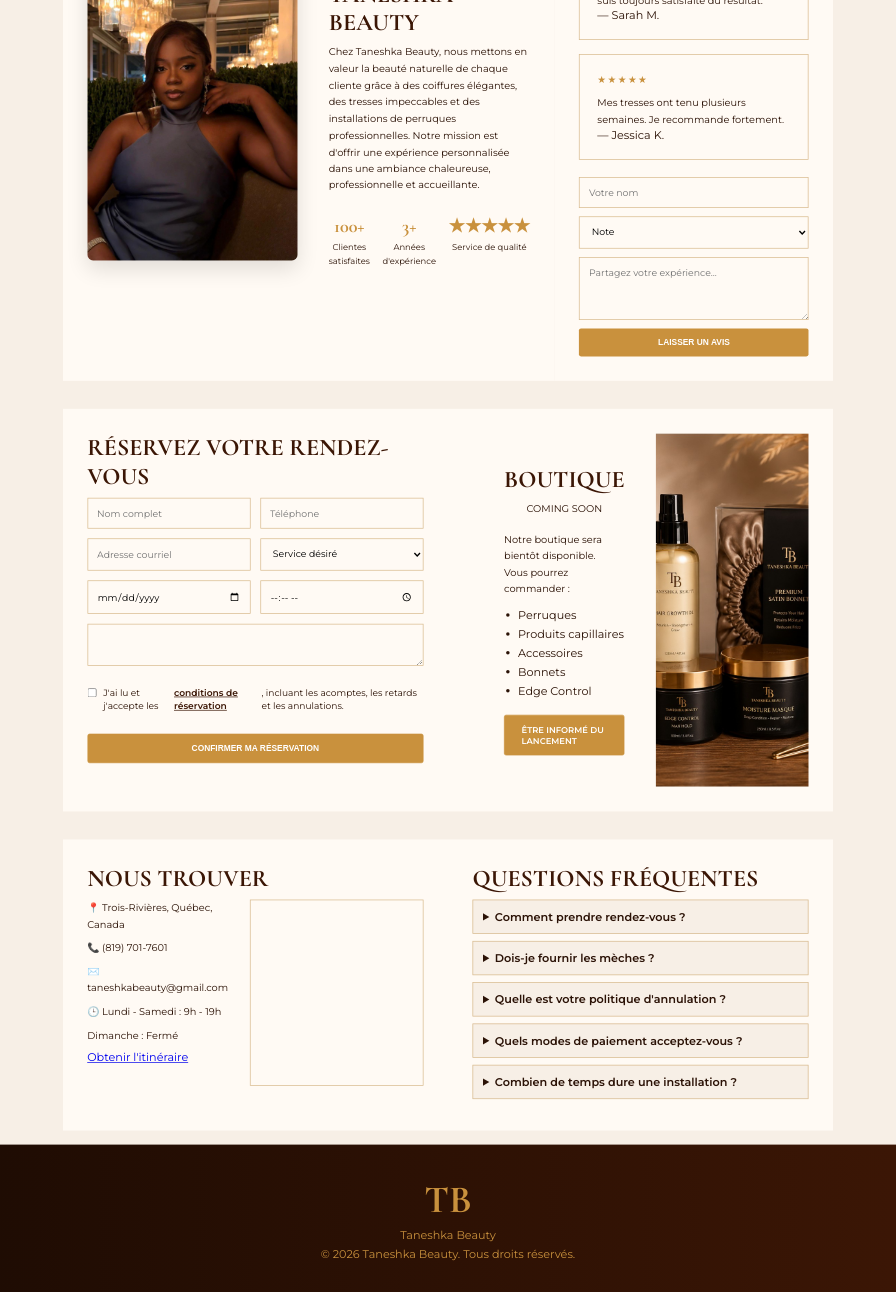
Repository: kngnepi/Taneshka-Beauty-House
Page: index.html
The author's editor kept a copy of each file at every save. The page is drawn from the files as they stood at one save, then again after the next save.
The browser window is 1280 px wide. The pictures show the part of the page from y = 2233 to 4153 px (the page is 4079 px tall before and 4153 px after), at 70% of full size.
Pictures or frames that could not be fetched are drawn as grey boxes.

Above is the page before, as saved 2026-07-05 20:54:35.

After the next save:
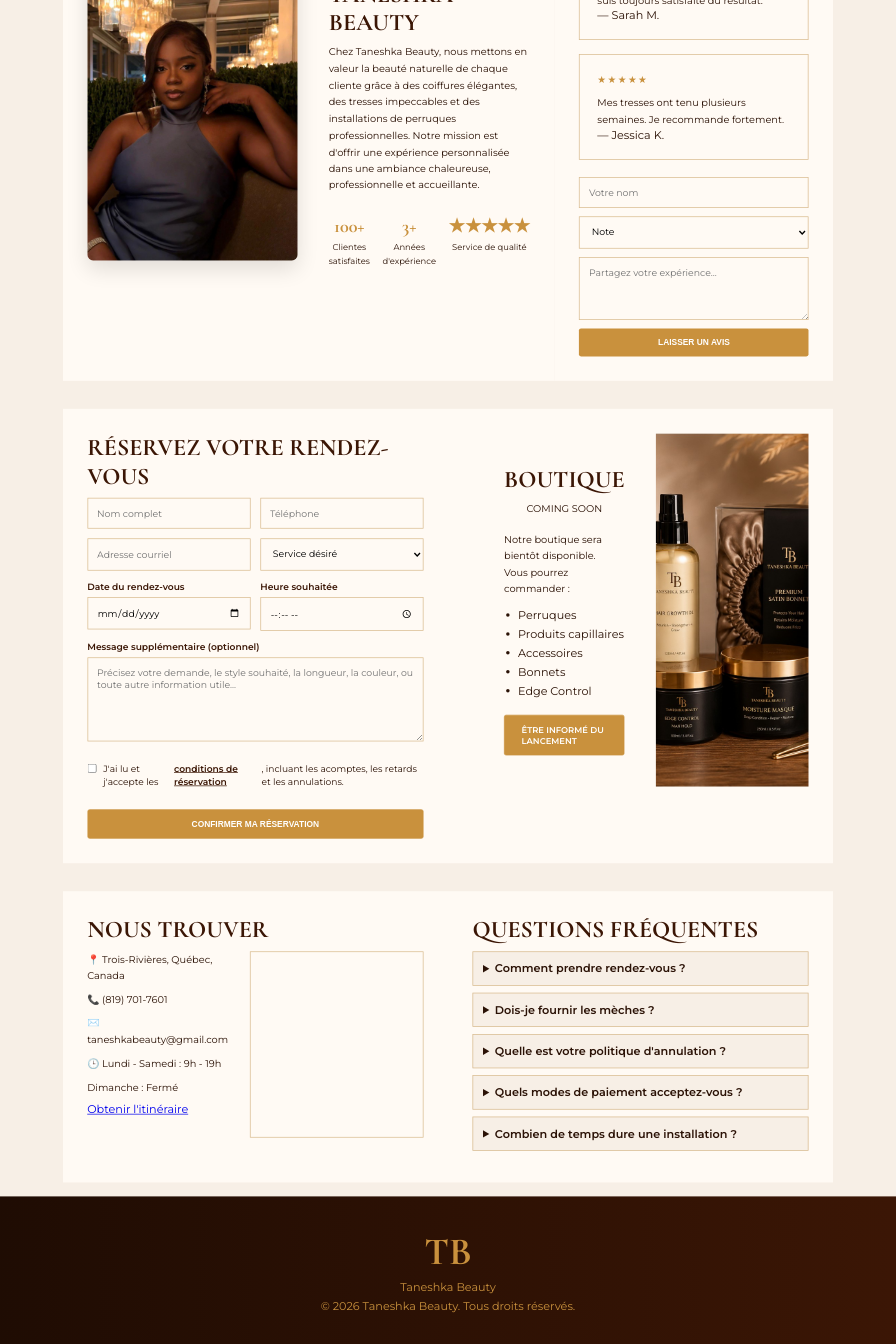
Saved 4 s later.
--- a/index.html
+++ b/index.html
@@ -226,14 +226,31 @@
         <option>Coiffures</option>
     </select>
 
-    <input type="date" name="date" required>
-
-    <input type="time" name="heure" required>
-
+    <div class="form-group">
+    <label for="date">Date du rendez-vous</label>
+    <input
+        type="date"
+        id="date"
+        name="date"
+        required>
+</div>
+
+<div class="form-group">
+    <label for="heure">Heure souhaitée</label>
+    <input
+        type="time"
+        id="heure"
+        name="heure"
+        required>
+</div>
+
+<div class="form-group full-width">
+    <label for="message">Message supplémentaire (optionnel)</label>
     <textarea
+        id="message"
         name="message"
-        placeholder="Message optionnel">
-    </textarea>
+        placeholder="Précisez votre demande, le style souhaité, la longueur, la couleur, ou toute autre information utile..."></textarea>
+</div>
 
      <label class="terms">
   <input type="checkbox" required>
